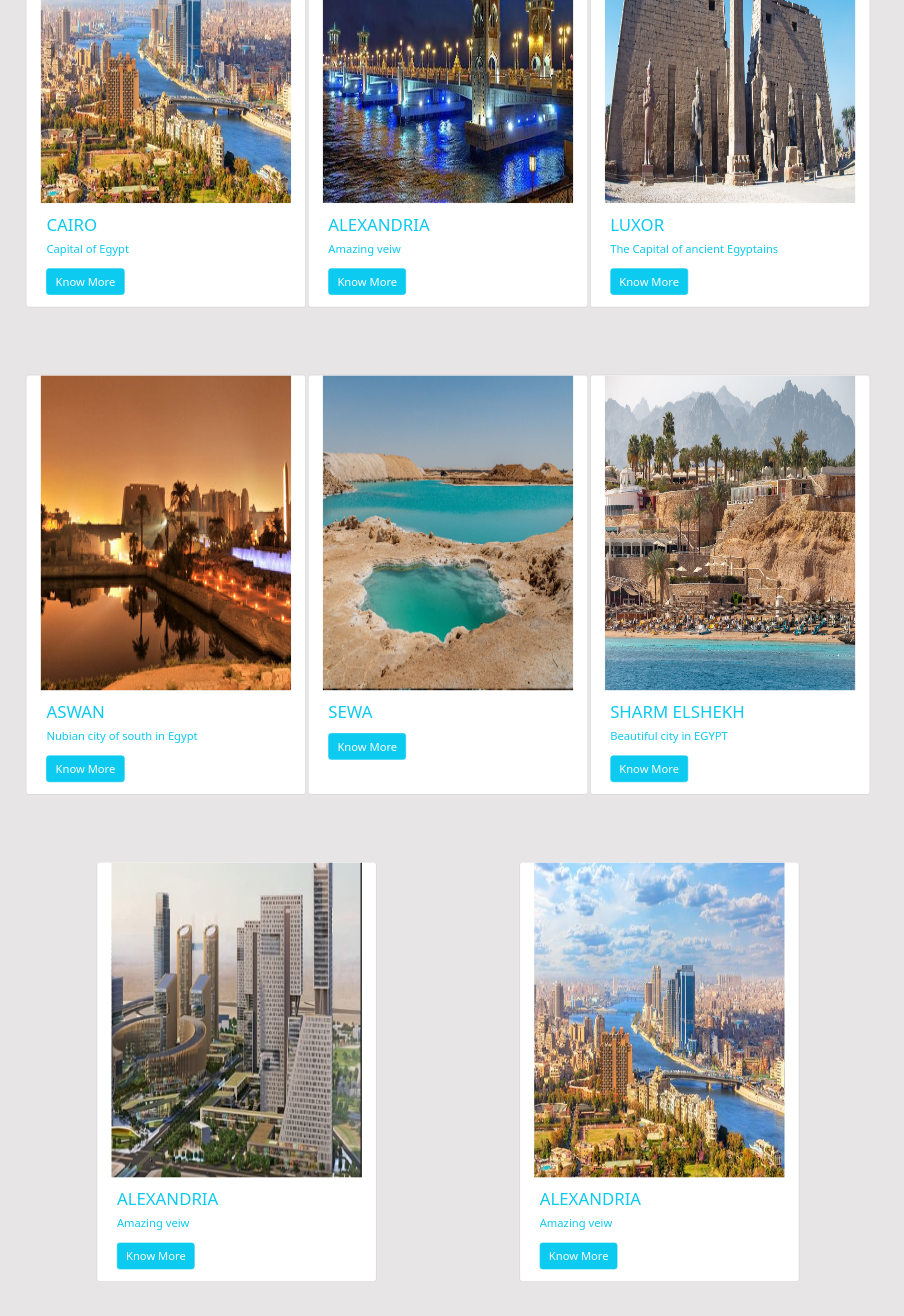
Repository: Ahmed123rezk123/P-temp
Page: index.html
The author's editor kept a copy of each file at every save. The page is drawn from the files as they stood at one save, then again after a run of saves.
The browser window is 1280 px wide. The page is 1292 px wide, so the pictures cover 1292 px, including what lies to the right of the window. The pictures show the part of the page from y = 3805 to 5685 px (the page is 5685 px tall), at 70% of full size.
Backgrounds fixed to the window are drawn as part of the page.

Above is the page before, as saved 2024-02-18 11:44:08.

### index.html
<!DOCTYPE html>
<html lang="en">
  <head>
    <meta charset="UTF-8" />
    <meta name="viewport" content="width=device-width, initial-scale=1.0" />
    <title>Document</title>
    <link rel="stylesheet" href="CSS/all.css" />
    <link
    href="https://cdn.jsdelivr.net/npm/bootstrap@5.1.3/dist/css/bootstrap.min.css"
    rel="stylesheet"
    integrity="sha384-1BmE4kWBq78iYhFldvKuhfTAU6auU8tT94WrHftjDbrCEXSU1oBoqyl2QvZ6jIW3"
    crossorigin="anonymous"
    />
    <link rel="stylesheet" href="CSS/style.css" />
  </head>
  <body>
    <nav class="navbar navbar-expand-lg bg-light sticky-top opacity-75">
      <div class="container-fluid">
        <a class="navbar-brand egypt p-lg-3" href="#">
          <img
            src="images/e2533023876439.5632a45cc17d8.jpg"
            class="img-fluid logo mb-2"
            alt=""
          />
          EGYPT
        </a>
        <button
          class="navbar-toggler"
          type="button"
          data-bs-toggle="collapse"
          data-bs-target="#navbarSupportedContent"
          aria-controls="navbarSupportedContent"
          aria-expanded="false"
          aria-label="Toggle navigation"
        >
          <i class="fas fa-bars"></i>
        </button>
        <div class="collapse navbar-collapse" id="navbarSupportedContent">
          <ul class="navbar-nav me-auto mb-2 mb-lg-0">
            <li class="nav-item">
              <a
                class="nav-link active text-info p-lg-2"
                aria-current="page"
                href="#"
                >Home</a
              >
            </li>
            <li class="nav-item">
              <a class="nav-link text-info p-lg-2" href="#">Link</a>
            </li>
            <li class="nav-item dropdown">
              <a
                class="nav-link dropdown-toggle text-info border rounded border-info border-2 trips p-lg-2"
                href="#"
                id="navbarDropdown"
                role="button"
                data-bs-toggle="dropdown"
                aria-expanded="false"
              >
                Trips
              </a>
              <ul class="dropdown-menu" aria-labelledby="navbarDropdown">
                <li><a class="dropdown-item text-info" href="#">Cairo</a></li>
                <li><a class="dropdown-item text-info" href="#">Alex</a></li>
                <li><hr class="dropdown-divider text-info" /></li>
                <li><a class="dropdown-item text-info" href="#">Aswan</a></li>
                <li><a class="dropdown-item text-info" href="#">Luxor</a></li>
                <li>
                  <a class="dropdown-item text-info" href="#">Sharm Elsaikh</a>
                </li>
                <li>
                  <a class="dropdown-item text-info" href="#">El Glala</a>
                </li>
                <li>
                  <a class="dropdown-item text-info" href="#">More ...</a>
                </li>
              </ul>
            </li>
            <li class="nav-item">
              <a class="nav-link disabled text-info p-lg-2">About</a>
            </li>
          </ul>
          <form class="d-flex">
            <input
              class="form-control border-info me-2"
              type="search"
              placeholder="Search"
              aria-label="Search"
            />
            <button class="btn btn-info me-2 text-light" type="submit">
              Search
            </button>
            <button type="button" class="btn btn-info text-light"  data-bs-toggle="modal" data-bs-target="#exampleModal">
              Login
            </button>

          </form>
        </div>
      </div>
    </nav>
    <!-- start model -->
    <div
    class="modal fade"
    id="exampleModal"
    tabindex="-1"
    aria-labelledby="exampleModalLabel"
    aria-hidden="true"
  >
    <div class="modal-dialog">
      <div class="modal-content">
        <div class="modal-header bg-info">
          <h5 class="modal-title   text-white " id="exampleModalLabel">
            Login
          </h5>
          <button
            type="button"
            class="btn-close bg-light"
            data-bs-dismiss="modal"
            aria-label="Close"
          ></button>
        </div>
        <div class="modal-body text-info">
          <form>
            <div class="mb-3">
              <label for="exampleInputEmail1" class="form-label">Email address</label>
              <input type="email" class="form-control  border border-info" id="exampleInputEmail1" aria-describedby="emailHelp">
              <div id="emailHelp" class="form-text">We'll never share your email with anyone else.</div>
            </div>
            <div class="mb-3">
              <label for="exampleInputPassword1" class="form-label">Password</label>
              <input type="password" class="form-control border border-info" id="exampleInputPassword1">
            </div>
            <div class="form-check form-switch   ">
              <input class="form-check-input bg-info" type="checkbox" role="switch" id="flexSwitchCheckChecked" checked>
              <label class="form-check-label " for="flexSwitchCheckChecked">Remmember me</label>
            </div>
          </form>
        </div>

        <div class="modal-footer">
            <button type="button" class="btn btn-info text-white">Login</button>
          <button type="button" class="btn btn-info text-white"  data-bs-dismiss="modal"  aria-label="Close">
            Close
          </button>

        </div>
      </div>

    </div>
  </div>
  <!-- end model -->

<!--  Section 1-->
<ul class="links">
  <li><a href="#"><i class="fab fa-facebook-square"></i></a></li>
  <li><a href="#"><i class="fab fa-whatsapp-square"></i></a></li>
  <li><a href="#"><i class="fab fa-twitter-square"></i></a></li>
  <li><a href="#"><i class="fab fa-linkedin"></i></a></li>
  <li><a href="#"><i class="fab fa-instagram-square"></i></a></li>
</ul>
<div id="carouselExampleCaptions" class="carousel carousel-white slide" data-bs-ride="carousel">
  <div class="carousel-indicators">
    <button type="button" data-bs-target="#carouselExampleCaptions" data-bs-slide-to="0" class="active" aria-current="true" aria-label="Slide 1"></button>
    <button type="button" data-bs-target="#carouselExampleCaptions" data-bs-slide-to="1" aria-label="Slide 2"></button>
    <button type="button" data-bs-target="#carouselExampleCaptions" data-bs-slide-to="2" aria-label="Slide 3"></button>
    <button type="button" data-bs-target="#carouselExampleCaptions" data-bs-slide-to="3" aria-label="Slide 4"></button>
    <button type="button" data-bs-target="#carouselExampleCaptions" data-bs-slide-to="4" aria-label="Slide 5"></button>
    <button type="button" data-bs-target="#carouselExampleCaptions" data-bs-slide-to="5" aria-label="Slide 6"></button>
  </div>
  <div class="carousel-inner">
    <div class="carousel-item active" data-bs-interval="10000">
      <img src="images/cairo.jpg" class="" alt="...">

      <div class="carousel-caption d-none d-md-block content">
        <h1 class="text-white">CAIRO</h1>
        <p class="text-white">We had such a great time in Egypt</p>
        <button type="button" class="btn btn-info text-white">Visit Us</button>
      </div>

    </div>
    <div class="carousel-item" data-bs-interval="2000">
      <img src="images/Alex.jpg" class="" alt="...">
      <div class="carousel-caption d-none d-md-block content">
        <h1 class="text-white">ALEX</h1>
        <p class="text-white">Alex is great</p>
        <button type="button" class="btn btn-info text-white">Visit Us</button>
      </div>
    </div>
    <div class="carousel-item">
      <img src="images/sharm.jpg" class="" alt="...">
      <div class="carousel-caption d-none d-md-block content">
        <h1 class="text-white">Sharm Elshekh</h1>
        <p class="text-white">Sharm is beautiful</p>
        <button type="button" class="btn btn-info text-white">Visit Us</button>
      </div>
    </div>
    <div class="carousel-item">
      <img src="images/glala.jpg" class="" alt="...">
      <div class="carousel-caption d-none d-md-block col-sm-12 content">
        <h1 class="text-white">El Glala</h1>
        <p class="text-white">I love El Glala</p>
        <button type="button" class="btn btn-info text-white">Visit Us</button>
      </div>
    </div>
    <div class="carousel-item">
      <img src="images/aswan.jpg" class="" alt="...">
      <div class="carousel-caption d-none d-md-block content">
        <h1 class="text-white">Aswan</h1>
        <p class="text-white">I want Visit Aswan</p>
        <button type="button" class="btn btn-info text-white">Visit Us</button>
      </div>
    </div>
    <div class="carousel-item">
      <img src="images/الأقصر-2.jpg" class="" alt="...">
      <div class="carousel-caption d-none d-md-block content">
        <h1 class="text-white">Luxor</h1>
        <p class="text-white">I love this city</p>
        <button type="button" class="btn btn-info text-white">Visit Us</button>
      </div>
    </div>
  </div>
  <button class="carousel-control-prev" type="button" data-bs-target="#carouselExampleCaptions" data-bs-slide="prev">
    <span class="carousel-control-prev-icon text-white" aria-hidden="true"></span>
    <span class="visually-hidden">Previous</span>
  </button>
  <button class="carousel-control-next" type="button" data-bs-target="#carouselExampleCaptions" data-bs-slide="next">
    <span class="carousel-control-next-icon" aria-hidden="true"></span>
    <span class="visually-hidden">Next</span>
  </button>
</div>
<!-- Start section 2 -->
<div class="section2 mb-3 ">
  <div class="content p-4">
    <h2>WELCOME</h2>
    <p>Lorem ipsum, dolor sit amet consectetur adipisicing elit. Nihil provident ullam dolores distinctio maxime nesciunt fugit atque, cumque perspiciatis error vero tempore minus maiores molestiae et rerum voluptatum debitis! Dolorum.</p>
    <button class="btn btn-light text-info">Learn more</button>
  </div>
</div>
<hr>
<!-- End section 2 -->

<!-- start section 3 -->
<div class="section3 mb-3 ">
  <h1>Popular destinations in Egypt</h1>
</div>
<!-- End section 3 -->

<!-- Start section 4 -->
<div id="accordion">

  <div class="card">
    <div class="card-header">
      <a class="btn" data-bs-toggle="collapse" href="#collapseOne">
        GIZA CITY
      </a>
    </div>
    <div id="collapseOne" class="collapse show" data-bs-parent="#accordion">
      <div class="card-body bg-light">
        Lorem ipsum dolor sit, amet consectetur adipisicing elit. Provident possimus earum dolorem quasi ipsum mollitia amet laborum rem soluta.
      </div>
    </div>
  </div>

  <div class="card">
    <div class="card-header card-head">
      <a class="collapsed btn" data-bs-toggle="collapse" href="#collapseTwo">
       LUXOR CITY
      </a>
    </div>
    <div id="collapseTwo" class="collapse" data-bs-parent="#accordion">
      <div class="card-body">
        Lorem ipsum dolor sit, amet consectetur adipisicing elit. Provident possimus earum dolorem quasi ipsum mollitia amet laborum rem soluta.
      </div>
    </div>
  </div>

  <div class="card">
    <div class="card-header card-head">
      <a class="collapsed btn" data-bs-toggle="collapse" href="#collapseThree">
      SHARM ElSAIKH
      </a>
    </div>
    <div id="collapseThree" class="collapse" data-bs-parent="#accordion">
      <div class="card-body">
        Lorem ipsum dolor sit, amet consectetur adipisicing elit. Provident possimus earum dolorem quasi ipsum mollitia amet laborum rem soluta.
      </div>
    </div>
  </div>
</div>
<hr>
<!-- End Section 4 -->


<!-- Start section 5 -->
<div class="section5 ">
  <h1>Translate From Arabic To English</h1>
</div>
<!-- End section 5 -->


<!-- start section 6 -->
  <div class="section6">
    <div class="content">
      <p class="text-white">Write and Translate <button>Press Here</button></p>
      <button type="button" class="btn  text-info bg-white mb-3" data-bs-toggle="tooltip" data-bs-placement="right-bottom" title="Copy to Clipboard"  data-bs-toggle="popover" title="Popover Header" data-bs-content="Some content inside the popover">Copy</button>
      <div class="form-floating">
        <textarea class="form-control" placeholder="translate:" id="floatingTextarea" style="height: 200px"></textarea>
        <label for="floatingTextarea">Translate:</label>
      </div>
    </div>
  </div>
  <hr>
<!-- End section 6 -->
<!-- Start Section 7 -->
<div class="section7 ">
  <h1>Translate From Arabic To French</h1>
</div>
<!-- End Section 7 -->

<!-- start section 8 -->
<div class="section8">
  <div class="content">
    <p class="text-white">Write and Translate <button>Press Here</button></p>
    <button class="btn  text-info bg-white mb-3">Copy</button>
    <div class="form-floating">
      <textarea class="form-control" placeholder="translate:" id="floatingTextarea" style="height: 200px"></textarea>
      <label for="floatingTextarea">Translate:</label>
    </div>
  </div>
</div>
<hr>
<!-- End section 8 -->


<!-- Start Section 9 -->
<div class="section7 ">
  <h1>Translate From Arabic To German</h1>
</div>
<!-- End Section 9 -->

<!-- start section 10 -->
<div class="section8">
  <div class="content">
    <p class="text-white">Write and Translate <button>Press Here</button></p>
    <button class="btn  text-info bg-white mb-3">Copy</button>
    <div class="form-floating">
      <textarea class="form-control" placeholder="translate:" id="floatingTextarea" style="height: 200px"></textarea>
      <label for="floatingTextarea">Translate:</label>
    </div>
  </div>
</div>
<hr>
<!-- End section 10 -->
<!-- Start Section 11 -->
<div class="section11 ">
<div class="overlay">
 <div class="image">
 </div>
</div>
 </div>
<!-- End Section 11 -->
  <!-- Start Section 12 -->
  <div class="section12 text-center mb-5">
    <h1>Popular destinations in Egypt</h1>
  </div>
  <!-- End section 12 -->

  <!-- Start Section 13 -->
    <div class="section13 ">
      <div class="row  d-flex justify-content-around p-5">
      <div class="col-sm-4 card rounded-3" style="width:400px; height: 600px;">
        <img class="card-img-top rounded-top img-fluid ps-2 pe-2 " style="height: 450px;" src="images/cairo-city-egypt-2020(visit).jpg" alt="Card image">
        <div class="card-body">
          <h4 class="card-title text-info">CAIRO</h4>
          <p class="card-text text-info">Capital of Egypt</p>
          <a href="#" class=" btn btn-info text-white">Know More</a>
        </div>
      </div>

      <div class="col-sm-4 card rounded-3" style="width:400px; height: 600px;">
        <img class="card-img-top rounded-top img-fluid ps-2 pe-2 " style="height: 450px;" src="images/Alexandria-City(visit).jpg" alt="Card image">
        <div class="card-body">
          <h4 class="card-title text-info">ALEXANDRIA</h4>
          <p class="card-text text-info">Amazing veiw</p>
          <a href="#" class=" btn btn-info text-white">Know More</a>
        </div>
      </div>

      <div class="col-sm-4 card rounded-3" style="width:400px; height: 600px;">
        <img class="card-img-top rounded-top img-fluid ps-2 pe-2 " style="height: 450px;" src="images/visit1(luxor).jpg" alt="Card image">
        <div class="card-body">
          <h4 class="card-title text-info">LUXOR</h4>
          <p class="card-text text-info">The Capital of ancient Egyptains</p>
          <a href="#" class=" btn btn-info text-white">Know More</a>
        </div>
      </div>
      </div>
      <div class="row d-flex justify-content-around p-5">
      <div class="col-sm-4 card rounded-3" style="width:400px; height: 600px;">
        <img class="card-img-top rounded-top img-fluid ps-2 pe-2 " style="height: 450px;" src="images/visit2(aswan).jpg" alt="Card image">
        <div class="card-body">
          <h4 class="card-title text-info">ASWAN</h4>
          <p class="card-text text-info">Nubian city of south in Egypt</p>
          <a href="#" class=" btn btn-info text-white">Know More</a>
        </div>
      </div>

      <div class="col-sm-4 card rounded-3" style="width:400px; height: 600px;">
        <img class="card-img-top rounded-top img-fluid ps-2 pe-2 " style="height: 450px;" src="images/visit3(sewa).png" alt="Card image">
        <div class="card-body">
          <h4 class="card-title text-info">SEWA</h4>
          <p class="card-text text-info"></p>
          <a href="#" class=" btn btn-info text-white">Know More</a>
        </div>
      </div>

      <div class="col-sm-4 card rounded-3" style="width:400px; height: 600px;">
        <img class="card-img-top rounded-top img-fluid ps-2 pe-2 " style="height: 450px;" src="images/sharm-el-sheikh-1.jpg" alt="Card image">
        <div class="card-body">
          <h4 class="card-title text-info">SHARM ELSHEKH</h4>
          <p class="card-text text-info">Beautiful city in EGYPT</p>
          <a href="#" class=" btn btn-info text-white">Know More</a>
        </div>
      </div>
</div>
      <div class="row d-flex justify-content-around p-5">
      <div class=" col-sm-6 card rounded-3" style="width:400px; height: 600px;">
        <img class="card-img-top rounded-top img-fluid ps-2 pe-2 " style="height: 450px;" src="images/new bulidimg.jpg" alt="Card image">
        <div class="card-body">
          <h4 class="card-title text-info">ALEXANDRIA</h4>
          <p class="card-text text-info">Amazing veiw</p>
              <a href="#" class=" btn btn-info text-white">Know More</a>
        </div>
      </div>

      <div class="col-sm-6 card rounded-3" style="width:400px; height: 600px;">
        <img class="card-img-top rounded-top img-fluid ps-2 pe-2 " style="height: 450px;" src="images/cairo-city-egypt-2020(visit).jpg" alt="Card image">
        <div class="card-body">
          <h4 class="card-title text-info">ALEXANDRIA</h4>
          <p class="card-text text-info">Amazing veiw</p>
              <a href="#" class=" btn btn-info text-white">Know More</a>
        </div>
      </div>
</div>
    </div>
  <!-- End Section 13 -->

  <script
      src="https://cdn.jsdelivr.net/npm/bootstrap@5.1.3/dist/js/bootstrap.bundle.min.js"
      integrity="sha384-ka7Sk0Gln4gmtz2MlQnikT1wXgYsOg+OMhuP+IlRH9sENBO0LRn5q+8nbTov4+1p"
      crossorigin="anonymous"
    >
//   var popoverTriggerList = [].slice.call(document.querySelectorAll('[data-bs-toggle="popover"]'))
// var popoverList = popoverTriggerList.map(function (popoverTriggerEl) {
//   return new bootstrap.Popover(popoverTriggerEl)
// })
  </script>
  </body>
</html>

Loaded but not shown: CSS/all.css (library); CSS/style.css (304 lines, source omitted)

After the next 2 saves:
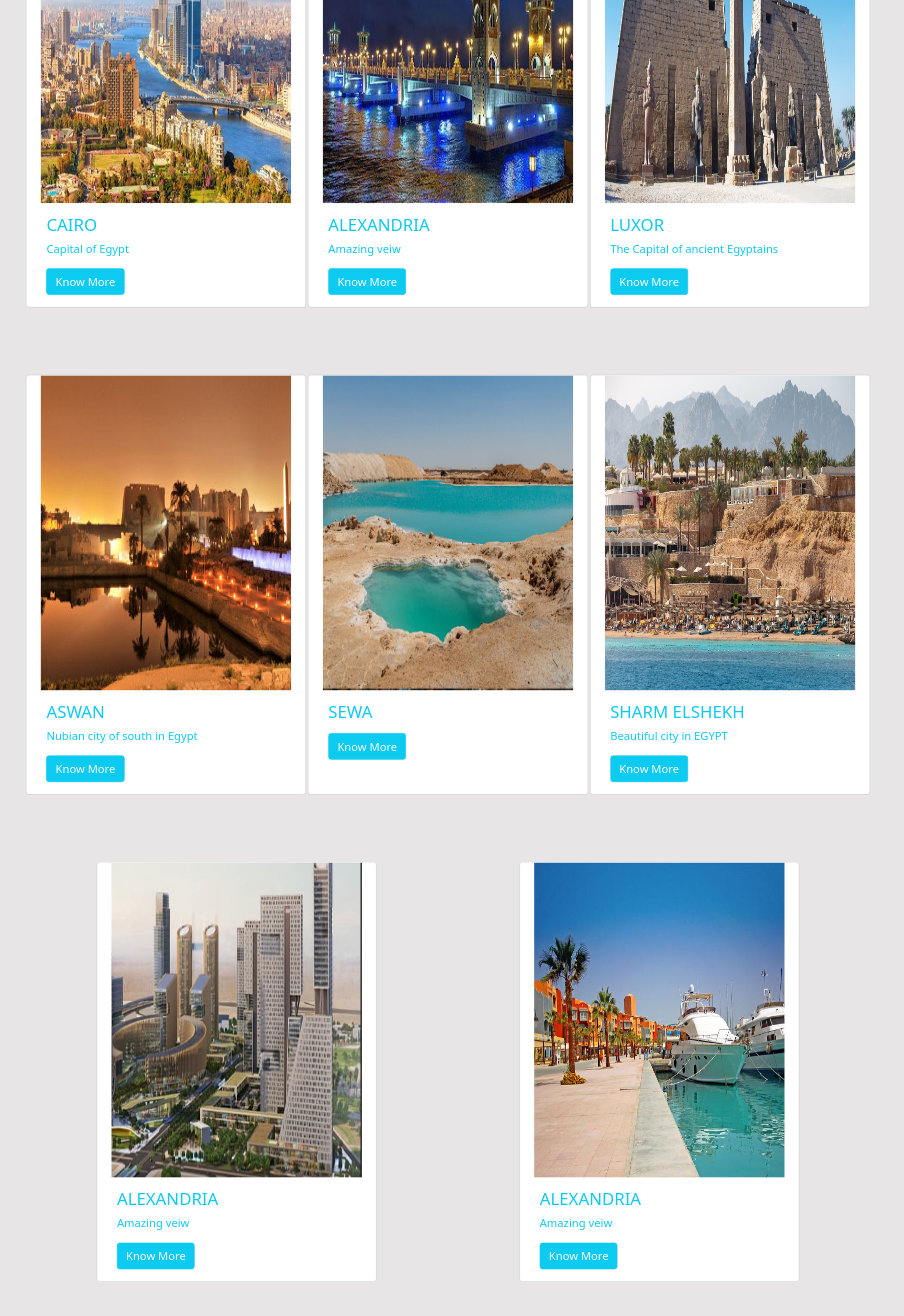
The 2 saves are shown as one change because they came seconds apart.
The last was saved 7 s later.
--- a/index.html
+++ b/index.html
@@ -434,7 +434,7 @@
       </div>
 
       <div class="col-sm-6 card rounded-3" style="width:400px; height: 600px;">
-        <img class="card-img-top rounded-top img-fluid ps-2 pe-2 " style="height: 450px;" src="images/cairo-city-egypt-2020(visit).jpg" alt="Card image">
+        <img class="card-img-top rounded-top img-fluid ps-2 pe-2 " style="height: 450px;" src="images/Hurghada-marina.jpg" alt="Card image">
         <div class="card-body">
           <h4 class="card-title text-info">ALEXANDRIA</h4>
           <p class="card-text text-info">Amazing veiw</p>
